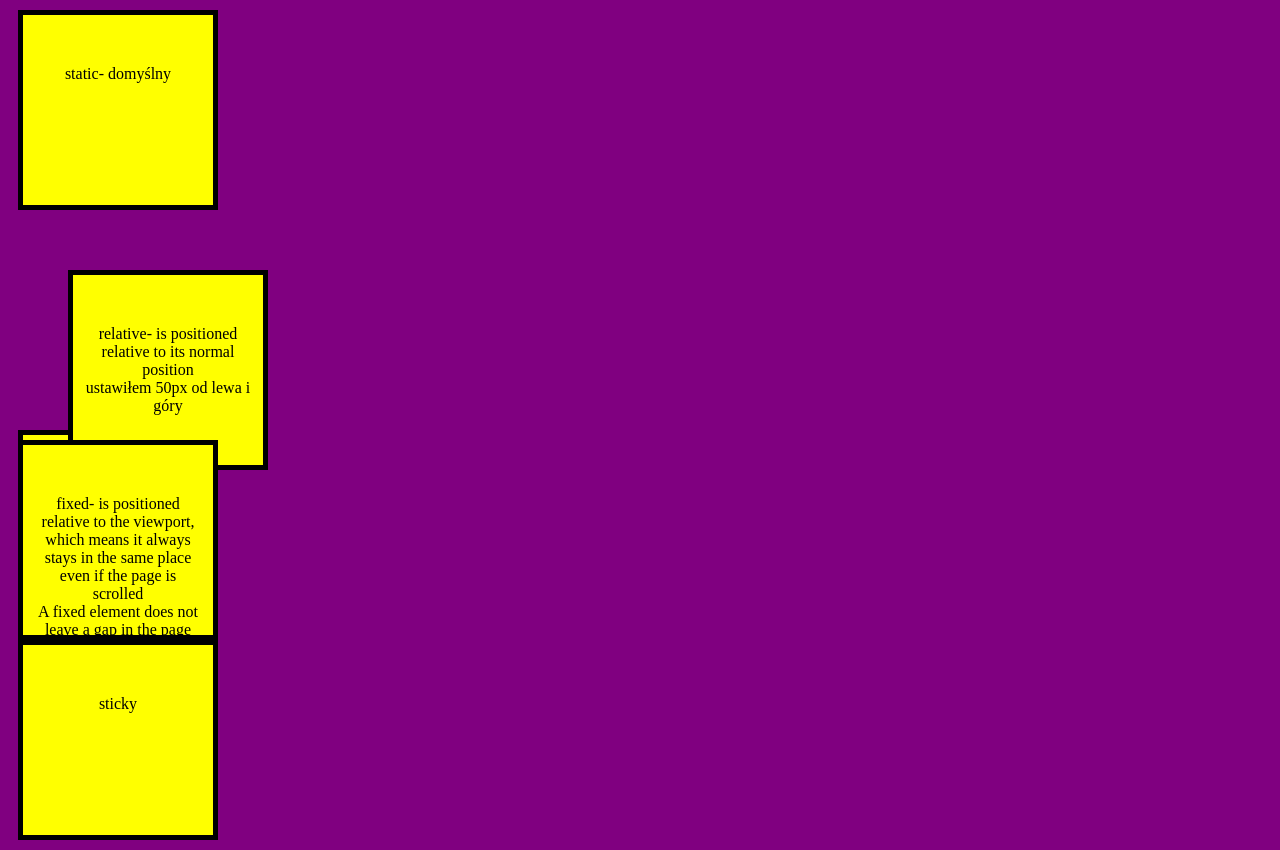
Repository: quenrythane/homepage
Page: CSS positions/CSS-positions.html
An editor plug-in stored every save of this project. The page is shown before and after the next save, followed by the edit.
The browser window is 1280 px wide. The pictures show the whole page.

Above is the page before, as saved 2020-10-11 03:49:18.

### CSS positions/CSS-positions.html
<!DOCTYPE html>
<html lang="en">
<head>
    <meta charset="UTF-8">
    <meta name="viewport" content="width=device-width, initial-scale=1.0">
    <title>CSS-positions</title>
    <link href="CSS-positions.css " rel="stylesheet" type="text/css">
</head>
<body >
    <div class="box static">static- domyślny</div>
    <div class="box relative">relative- is positioned relative to its normal position<br>
    ustawiłem 50px od lewa i góry</div>
    <div class="box fixed">fixed- is positioned relative to the viewport, which means it always stays in the same place even if the page is scrolled<br> A fixed element does not leave a gap in the page where it would normally have been located <br> Czyli ogólnie strona załaduje go w to miejsce jakby strona normalnie się ładowała i na koniec tak jakby przy klei go w to miejsce na ekranie, przez co nawet jak będziemy przewijać stronę to zostanie w tym samym miejscu ekranu (nie zmieni miejsca ani w wysokości ani w szerokośći</div>
    <div class="box absolute">absolute</div>
    <div class="box sticky">sticky</div>
</body>
</html>

### CSS positions/CSS-positions.css
body {
    background: purple;
}

.box{
    box-sizing: border-box;
    background: yellow;
    width: 200px;
    height: 200px ;
    margin: 10px;
    text-align: center;
    padding: 10px ;
    padding-top: 50px;
    border: solid black 5px;
}

.static{
    position: static;
}

.relative{
    position: relative;
    left: 50px;
    top: 50px;
}

.fixed{
    position: fixed;
    overflow: scroll;
}

.absolute{

}

.sticky{

}

After the next save:
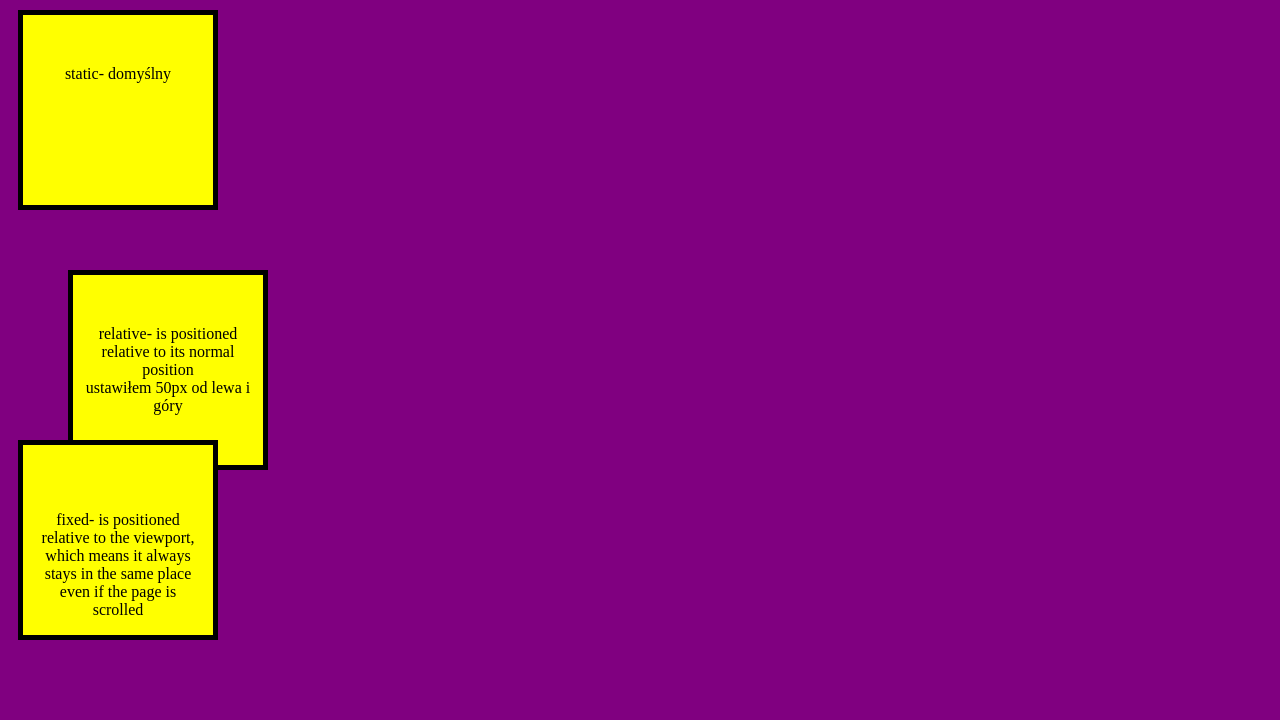
Saved 84 s later.
--- a/CSS positions/CSS-positions.html
+++ b/CSS positions/CSS-positions.html
@@ -10,7 +10,8 @@
     <div class="box static">static- domyślny</div>
     <div class="box relative">relative- is positioned relative to its normal position<br>
     ustawiłem 50px od lewa i góry</div>
-    <div class="box fixed">fixed- is positioned relative to the viewport, which means it always stays in the same place even if the page is scrolled<br> A fixed element does not leave a gap in the page where it would normally have been located <br> Czyli ogólnie strona załaduje go w to miejsce jakby strona normalnie się ładowała i na koniec tak jakby przy klei go w to miejsce na ekranie, przez co nawet jak będziemy przewijać stronę to zostanie w tym samym miejscu ekranu (nie zmieni miejsca ani w wysokości ani w szerokośći</div>
+    <div class="box fixed"><p>fixed- is positioned relative to the viewport, which means it always stays in the same place even if the page is scrolled</p><br> <p>A fixed element does not leave a gap in the page where it would normally have been located</p> <br><p> Czyli ogólnie strona załaduje go w to miejsce jakby strona normalnie się ładowała i na koniec tak jakby przy klei go w to miejsce na ekranie, przez co nawet jak będziemy przewijać stronę to zostanie w tym samym miejscu ekranu (nie zmieni miejsca ani w wysokości ani w szerokośći)</p>
+    <div>
     <div class="box absolute">absolute</div>
     <div class="box sticky">sticky</div>
 </body>
